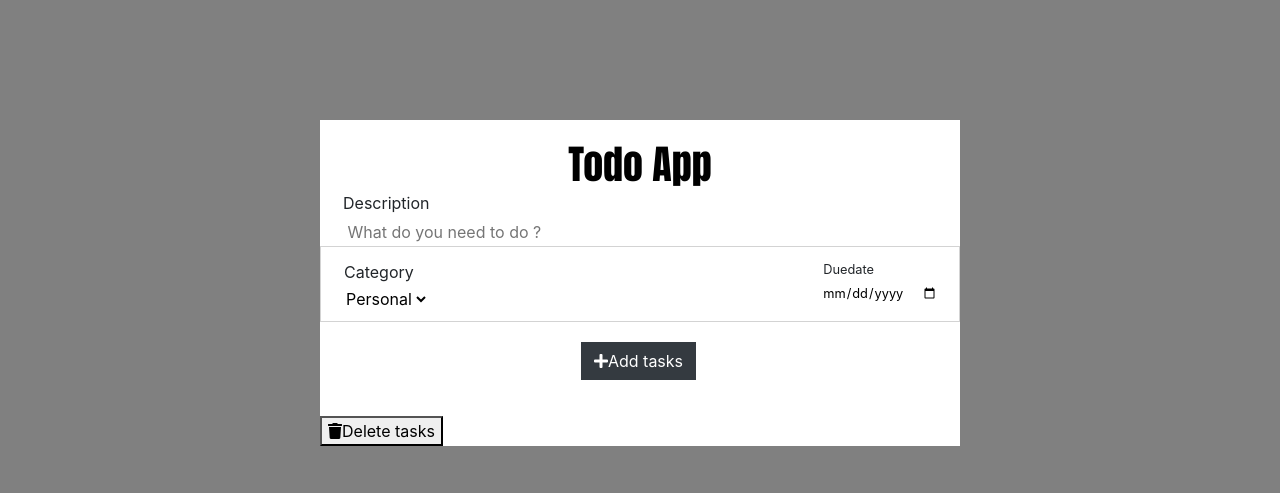
Repository: Sayan-100/Todo-List
Page: http://localhost/
These files come from the project's save history. The page is drawn as it stood at one moment and after the next save; the edit follows.
The browser window is 1280 px wide. The pictures show the whole page.
Some web libraries are served in a nearby version. The page is served by the project's Node server (index.js). Other server files are loaded and not shown. Queries for data that is not in the repository find no rows.

Above is the page before, as saved 2021-12-29 19:01:30.
Not found: js/home.js

### views/home.ejs
<html>

<head>
    <title>
        <%= title %>
    </title>

    <link rel="stylesheet" href="https://stackpath.bootstrapcdn.com/bootstrap/4.5.2/css/bootstrap.min.css" integrity="sha384-JcKb8q3iqJ61gNV9KGb8thSsNjpSL0n8PARn9HuZOnIxN0hoP+VmmDGMN5t9UJ0Z" crossorigin="anonymous">
    <link rel="stylesheet" href="/css/style.css">
    <link rel="stylesheet" href="https://use.fontawesome.com/releases/v5.5.0/css/all.css" integrity="sha384-B4dIYHKNBt8Bc12p+WXckhzcICo0wtJAoU8YZTY5qE0Id1GSseTk6S+L3BlXeVIU" crossorigin="anonymous">

</head>

<body>

    <div class="container">
        <h1> Todo App </h1>
        <form id="create-todo" action="/create_todo" method="POST">
            <div class="description">
                <p>Description</p>
                <input type="text" name="Description" placeholder=" What do you need to do ?" required>
            </div>

            <div class="options">

                <div class="cat">
                    <p>Category</p>
                    <select name="Category" required>
                    <option>Personal</option>
                    <option>Work</option>
                    <option>Cleaning</option>
                    <option>School</option>
                    <option> others</option>
                    </select>
                </div>

                <div class="date">
                    <p>Duedate</p>
                    <input type="date" id="birthday " name="DueDate">
                </div>
            </div>

            <div class="buttons">
                <button type="submit" class="btn btn-dark btn-1" form="create-todo"><i class="fas fa-plus"></i>Add tasks</button>
            </div>

        </form>


        <button type="submit" form="delete-form"><i class="fas fa-trash"></i>Delete tasks</button>

        <!-- form attribute is used to link the button with the form  by specifying the id -->

        <form id="delete-form" action="/delete-todo" method="POST">
            <ul>
                <% for(let i of todo_list) {%>
                    <li class="single-todo">

                        <div class="check">
                            <input type="checkbox" name="<%=i._id%>" value="">
                            <!-- name attribute is used to take id of selected to do list from the from tag to the controller-->

                            <div class="desc_and_date">
                                <b>
                                    <span class = "date">
                                         <i class="fas fa-calendar-day"></i>
                                        <%= i.Description %>
                                    </span>
                                </b>

                                <span>

                                    <%= i.DueDate  %>
                                </span>

                            </div>
                        </div>

                        <div id="category">
                            <span>
                                <button><%= i.Category %></button>
                            </span>
                        </div>

                    </li>
                    <% } %>
            </ul>

        </form>
    </div>



    <script type="text/javascript" src="/js/home.js">
    </script>

</body>

</html>

### index.js
const express = require('express');
const path = require('path');
const port = 8000;

const db = require('./config/mongoose');
const to_do = require('./models/to-do');

const app = express();

app.set('view engine', 'ejs');
app.set('views', path.join(__dirname, 'views'));

app.use(express.urlencoded());
app.use(express.static('assests'));
app.get('/', function(req, res) {

    //res.send('<h1>cool it is running or is it ?</h1>')
    to_do.find({}, function(err, todos) {
        if (err) {
            console.log('Error in fetching todo from db');
            return;
        }

        return res.render('home', {
            title: "My todo List",
            todo_list: todos
        });
    });

});

app.post('/delete-todo', function(req, res) {
    let id = req.query.id;
    Object.keys(req.body).forEach(function(id) {
        to_do.findByIdAndDelete(id, function(err) {
            if (err) {
                console.log('Error in deleting a object form database');
                return;
            }
        });
        return res.redirect('back');
    })
});

//   to_do.findByIdAndDelete(id, function(err) {
//         if (err) {
//             console.log('Error in deleting a object form database');
//             return;
//         }

//         return res.redirect('back');
//})
app.post('/create_todo', function(req, res) {

    let date = "NO DEADLINE";
    console.log('**********', date);
    if (req.body.DueDate) {
        date = req.body.DueDate;
    }

    to_do.create({
        Description: req.body.Description,
        Category: req.body.Category,
        DueDate: date

    }, function(err, newTodo) {

        if (err) {
            console.log('Error in creating a todo');
            return;
        }

        console.log('**********', newTodo);
        return res.redirect('back');

    });
});


app.listen(port, function(err) {
    if (err) {
        console.log('Error in running server');
    }

    console.log('Yup! my server is running on port', port);
});

### assests/css/style.css
body {
    background-color: gray;
    margin: 0;
}

h1 {
    color: black;
    text-align: center;
    font-family: Impact, Haettenschweiler, 'Arial Narrow Bold', sans-serif;
    padding: 20px 20px 0px 20px;
    margin-bottom: 0px;
}

.container {
    width: 50%;
    margin: auto;
    background-color: white;
    padding: 0px;
    margin-top: 120px;
}

.form-fill {
    display: flex;
    flex-direction: column;
}

.options {
    display: flex;
    justify-content: space-between;
}

input {
    outline: none;
    border: 1px solid transparent;
}

#desc {
    width: 100%;
}

p {
    margin: 3px;
}

select {
    outline: none;
    border: 1px solid transparent;
    background-color: white;
    width: 100%;
}

option {
    padding: 5px;
    border: 1px solid transparent;
}

.description {
    border: 0px 1px 1px 1px solid lightgray;
    padding: 0px 20px;
}

.options {
    border: 1px solid lightgray;
    padding: 10px 20px;
}

.buttons {
    display: flex;
    justify-content: center;
    padding: 20px;
}

.btn-1 {
    margin-right: 3px;
    border-radius: 0px;
}

.btn-2 {
    border-radius: 0px;
}

.submitbtn {
    display: flex;
    justify-content: center;
    padding-bottom: 10px;
}

.single-todo {
    display: flex;
    justify-content: space-between;
    align-items: center;
}

.desc_and_date {
    display: flex;
    flex-direction: column;
    margin-left: 15px;
}

.date {
    font-size: 0.8rem;
}

ul {
    padding: 0;
}

li {
    padding: 10px;
    /* padding-left:30px; */
    border: 1px solid lightgray;
}

#category {
    margin-right: 3%;
    color: white;
    padding: 4px;
    width: 80px;
    height: 45px;
    text-align: center;
}

#category:nth-of-type(2n) {
    background-color: rgb(12, 12, 63);
}

#category span {
    position: relative;
    top: 5px;
}

.check {
    display: flex;
    align-items: center;
    justify-content: flex-start;
    width: 40%;
}

li:hover {
    background-color: lightgrey;
}

@media screen and (max-width:900px) {
    .container {
        width: 70%;
    }
}

After the next save:
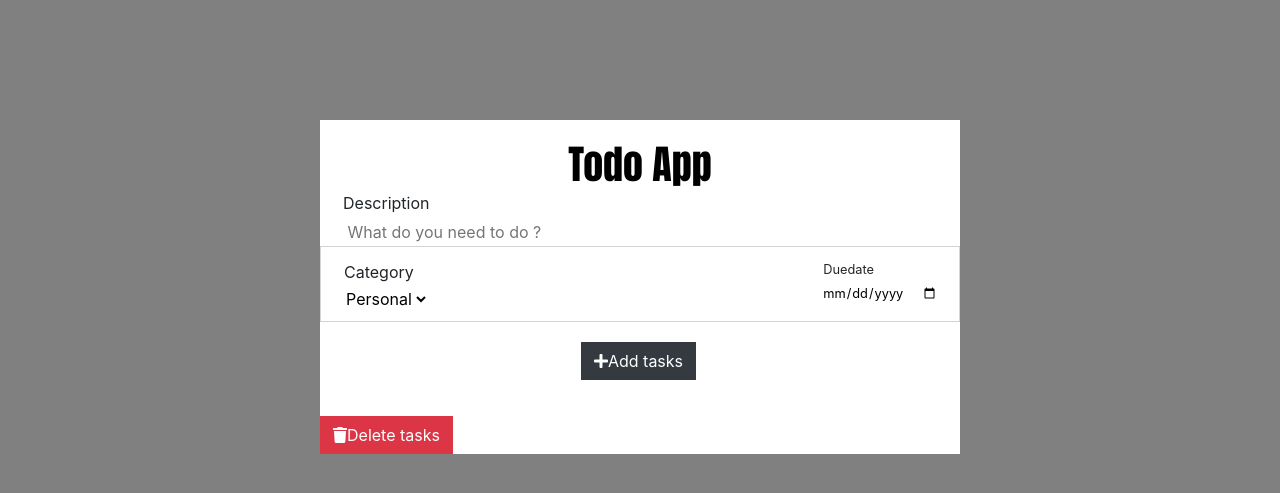
Saved 83 s later.
--- a/views/home.ejs
+++ b/views/home.ejs
@@ -47,7 +47,7 @@
         </form>
 
 
-        <button type="submit" form="delete-form"><i class="fas fa-trash"></i>Delete tasks</button>
+        <button type="submit" class="btn btn-danger btn-2" form="delete-form"><i class="fas fa-trash"></i>Delete tasks</button>
 
         <!-- form attribute is used to link the button with the form  by specifying the id -->
 
